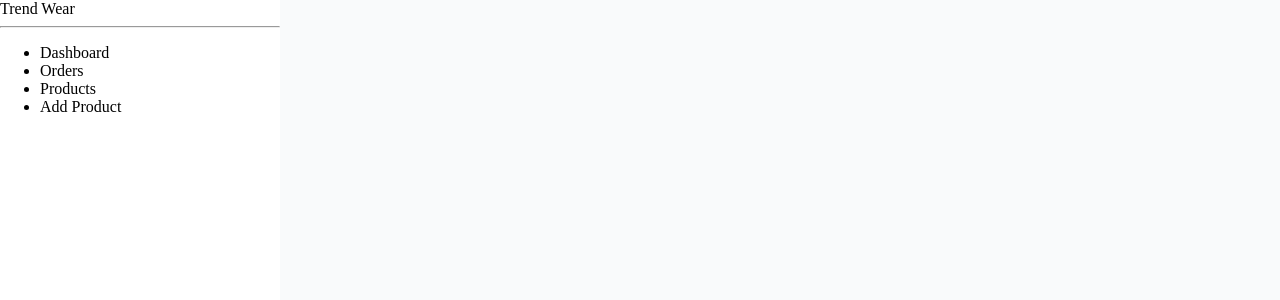
Repository: ahmad-dev7/TrendWear
Page: / (app in trend_wear_dashboard/)
An editor plug-in stored every save of this project. The page is shown before and after the next save, followed by the edit.
The browser window is 1280 px wide. The pictures show the whole page.
The project was rebuilt for these pictures with package versions that can differ from the ones it lists, and the page was loaded fresh each time. Also part of the build but not shown: trend_wear_dashboard/vite.config.ts.

Above is the page before, as saved 2025-01-19 13:23:00.

### trend_wear_dashboard/index.html
<!doctype html>
<html lang="en">

<head>
  <meta charset="UTF-8" />
  <link rel="icon" type="image/svg+xml" href="/vite.svg" />
  <meta name="viewport" content="width=device-width, initial-scale=1.0" />
  <title>Trend Wear</title>
</head>

<body>
  <div id="root"></div>
  <script type="module" src="/src/main.tsx"></script>
</body>

</html>

### trend_wear_dashboard/src/main.tsx
import { StrictMode } from "react";
import { createRoot } from "react-dom/client";
//import "bootstrap/dist/css/bootstrap.css";
import "./App.css";
import App from "./App.tsx";

createRoot(document.getElementById("root")!).render(
  <StrictMode>
    <App />
  </StrictMode>
);

### trend_wear_dashboard/src/App.css
body {
    background-color: #F9FAFB;
    padding: 0px;
    margin: 0px;

}



#sidebar {
    background-color: white;
    width: 280px;
    height: 100vh;
}

### trend_wear_dashboard/src/App.tsx
import Sidebar from "./Sections/Sidebar";

function App() {
  return (
    <>
      <Sidebar />
    </>
  );
}

export default App;

### trend_wear_dashboard/src/Sections/Sidebar.tsx
const Sidebar = () => {
  return (
    <div id="sidebar">
      <div className="header">Trend Wear</div>
      <hr />
      <ul className="sidebar-content">
        <li className="side-bar-tab">Dashboard</li>
        <li className="side-bar-tab">Orders</li>
        <li className="side-bar-tab">Products</li>
        <li className="side-bar-tab">Add Product</li>
      </ul>
    </div>
  );
};

export default Sidebar;

After the next save:
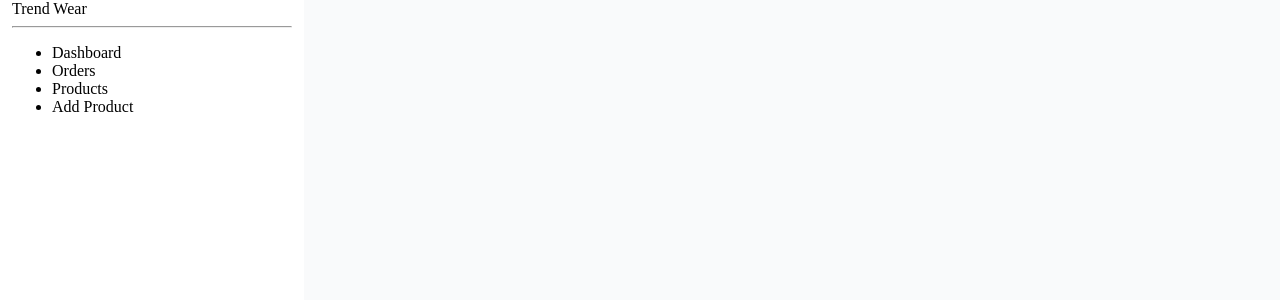
Saved 33 s later.
--- a/trend_wear_dashboard/src/App.css
+++ b/trend_wear_dashboard/src/App.css
@@ -11,4 +11,5 @@ body {
     background-color: white;
     width: 280px;
     height: 100vh;
+    padding: 0px 12px 0px 12px;
 }
